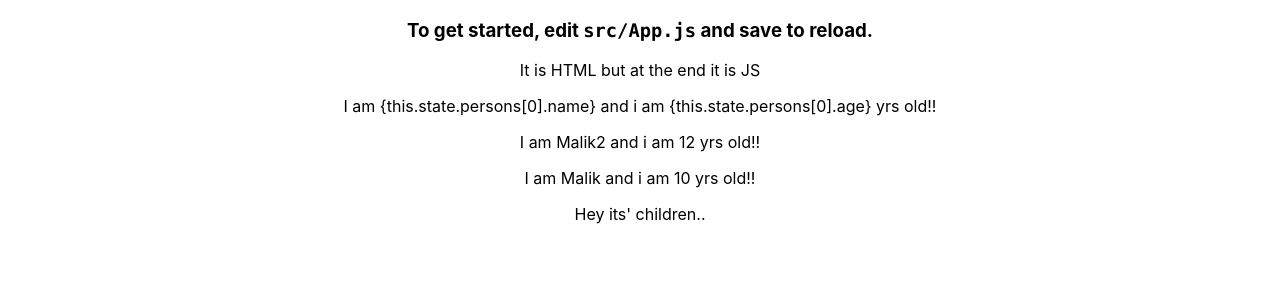
Repository: RohitMalik2/Rohit_react
Page: /
These files come from the project's save history. The page is drawn as it stood at one moment and after the next save; the edit follows.
The browser window is 1280 px wide. The pictures show the whole page.
The project was rebuilt for these pictures with package versions that can differ from the ones it lists, and the page was loaded fresh each time.

Above is the page before, as saved 2019-10-22 23:48:01.

After the next save:
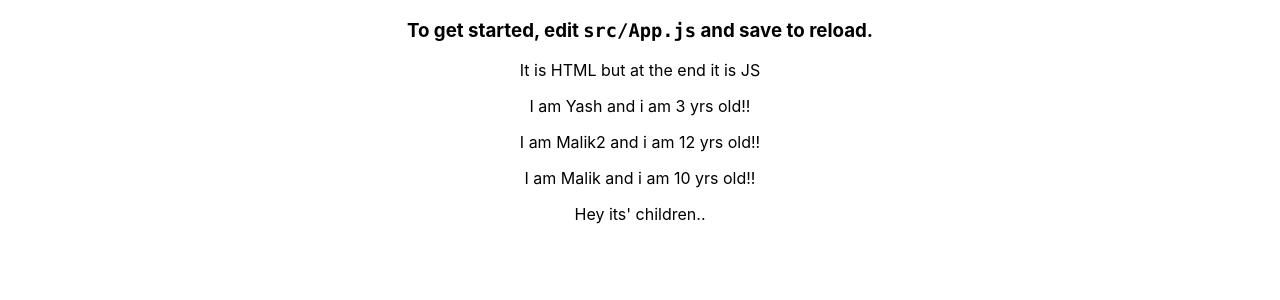
Saved 28 s later.
--- a/src/App.js
+++ b/src/App.js
@@ -16,7 +16,7 @@ class App extends Component {
           To get started, edit <code>src/App.js</code> and save to reload.
         </h3>
         <p> It is HTML but at the end it is JS</p>
-        <Person name="{this.state.persons[0].name}" age="{this.state.persons[0].age}"/>
+        <Person name={this.state.persons[0].name} age={this.state.persons[0].age}/>
         <Person name="Malik2" age="12"/>
         <Person name="Malik" age="10">Hey its' children..</Person>
       </div>
